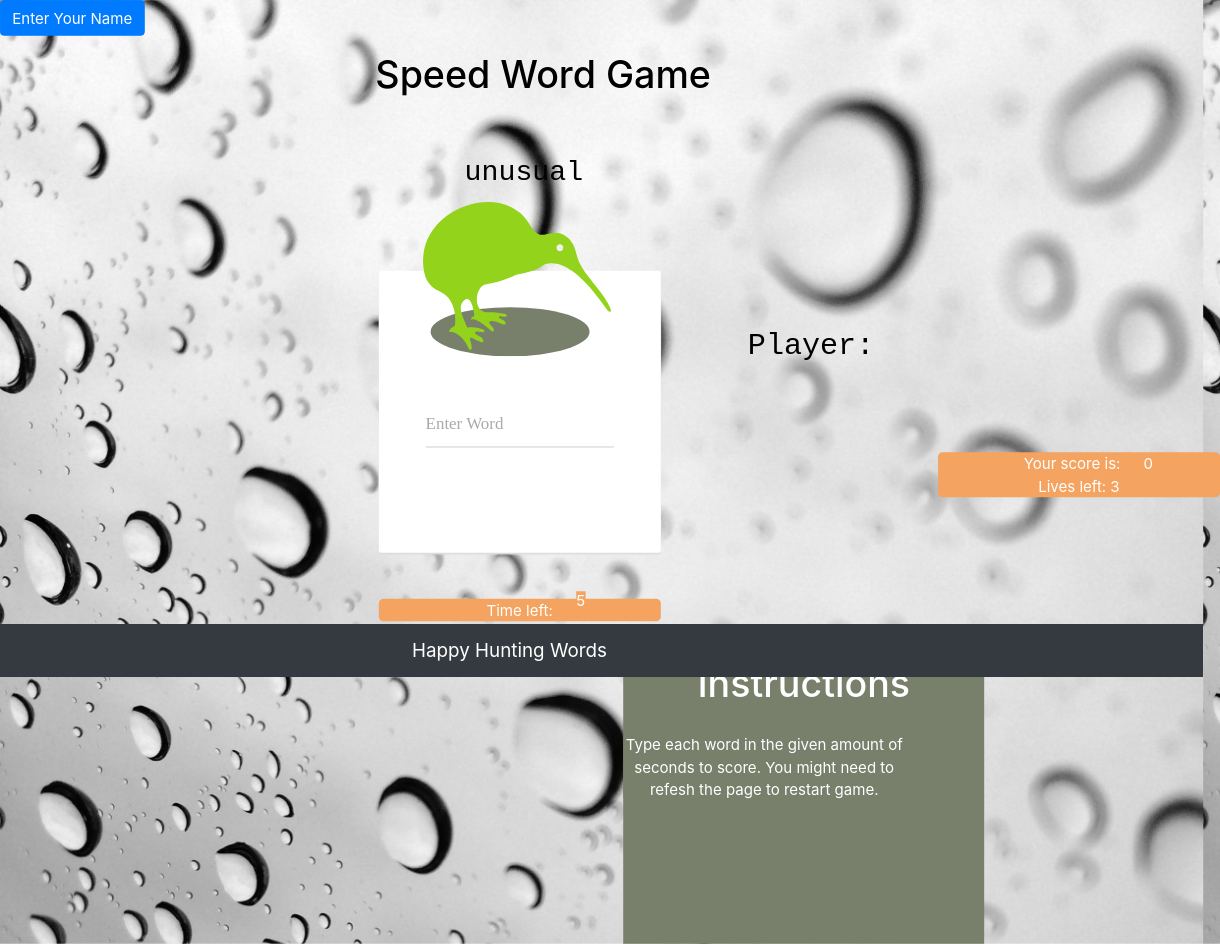
Repository: konstantin0s/word-game-project
Page: index.html
The author's editor kept a copy of each file at every save. The page is drawn from the files as they stood at one save, then again after the next save.
The browser window is 1280 px wide. The page is 1298 px wide, so the pictures cover 1298 px, including what lies to the right of the window. The pictures show the whole page, at 94% of full size.
Backgrounds fixed to the window are drawn as part of the page. Some web libraries are served in a nearby version.

Above is the page before, as saved 2019-02-12 15:14:36.
Console error: ReferenceError: loadSound is not defined

### index.html
<!DOCTYPE html>
<html lang="en">

<head>

  <meta charset="utf-8">
  <meta name="viewport" content="width=device-width, initial-scale=1, shrink-to-fit=no">
  <meta name="description" content="">
  <meta name="author" content="">

  <title>Speed Word Game</title>
  <!-- <link rel="stylesheet" href="https://maxcdn.bootstrapcdn.com/bootstrap/3.4.0/css/bootstrap.min.css"> -->
  <script src="https://ajax.googleapis.com/ajax/libs/jquery/3.3.1/jquery.min.js"></script>
  <script src="https://maxcdn.bootstrapcdn.com/bootstrap/3.4.0/js/bootstrap.min.js"></script>
  <script src="https://cdnjs.cloudflare.com/ajax/libs/p5.js/0.7.3/p5.js"></script>
  <!-- Bootstrap core CSS -->
  <link href="vendor/bootstrap/css/bootstrap.min.css" rel="stylesheet">

  <!-- Custom styles for this template -->
  <link href="css/the-big-picture.css" rel="stylesheet">
  <link rel="stylesheet" href="css/style.css">

</head>

<body>

  <!-- Navigation -->
  <nav class="navbar navbar-expand-lg navbar-dark bg-dark fixed-bottom">
    <div class="container">
      <a class="navbar-brand" href="#">Happy Hunting Words</a>
      <button class="navbar-toggler" type="button" data-toggle="collapse" data-target="#navbarResponsive" aria-controls="navbarResponsive" aria-expanded="false" aria-label="Toggle navigation">
        <span class="navbar-toggler-icon"></span>
      </button>
      <div class="collapse navbar-collapse" id="navbarResponsive">
      </div>
    </div>
  </nav>



<!-- Button trigger modal -->
<button type="button" id="clearPlayer" class="btn btn-primary" data-toggle="modal" data-target="#exampleModalCenter">
    Enter Your Name
  </button>

  <!-- Modal -->
  <div class="modal fade" id="exampleModalCenter" tabindex="-1" role="dialog" aria-labelledby="exampleModalCenterTitle" aria-hidden="true">
    <div class="modal-dialog modal-dialog-centered" role="document">
      <div class="modal-content">
        <div class="modal-header">
          <h5 class="modal-title" id="exampleModalLongTitle">Player Name</h5>
          <button type="button" class="close" data-dismiss="modal" aria-label="Close">
            <span aria-hidden="true">&times;</span>
          </button>
        </div>
        <div class="modal-body">
            <h3 id="playerN">Enter Your Name</h3>
            <input id="name" onchange="say_hi()">
        </div>
      </div>
    </div>
  </div>

<h2 id="user">
  Player:
</h2>
<!--
<div class="newP">
    <h3 id="playerN">Enter Your Name</h3>
    <input id="name" onchange="say_hi()">
</div> -->


<div id="output"></div>

  <!-- Page Content -->
  <section>
    <div class="container">
      <div class="row">
        <div class="col-lg-6">
          <h1 class="mt-5">Speed Word Game</h1>
          <div id="wordsDisplay">

          </div>
          <div id="time">
           <p>Time left:</p> <span id="timeLeft"></span>
          </div>
          <div id="userDetails">
             Your score is: <span id="score">0</span><br>
             Lives left: <span id="lives">3</span>
          </div>
          <div class="wrapper">
            <input class="input" id="inputWord" onchange="compareGuess()" placeholder="Enter Word" type="text" >
            <span class="underline"></span>
        </div>
        </div>
      </div>
    </div>
  </section>

    <audio id="myTune">
      <!-- <source src="sounds/0283.ogg"> -->
      <!-- <source src="WhiteChristmas.ogg"> -->
    </audio>

   <p id="messageP"></p>
  <svg version="1.1" id="Layer_1" xmlns="http://www.w3.org/2000/svg" xmlns:xlink="http://www.w3.org/1999/xlink" x="0px" y="0px"
  width="612px" height="502.174px" viewBox="0 65.326 612 502.174" enable-background="new 0 65.326 612 502.174"
  xml:space="preserve" class="logo">

<ellipse class="ground" cx="283.5" cy="487.5" rx="259" ry="80"/>
<path class="kiwi" d="M210.333,65.331C104.367,66.105-12.349,150.637,1.056,276.449c4.303,40.393,18.533,63.704,52.171,79.03
 c36.307,16.544,57.022,54.556,50.406,112.954c-9.935,4.88-17.405,11.031-19.132,20.015c7.531-0.17,14.943-0.312,22.59,4.341
 c20.333,12.375,31.296,27.363,42.979,51.72c1.714,3.572,8.192,2.849,8.312-3.078c0.17-8.467-1.856-17.454-5.226-26.933
 c-2.955-8.313,3.059-7.985,6.917-6.106c6.399,3.115,16.334,9.43,30.39,13.098c5.392,1.407,5.995-3.877,5.224-6.991
 c-1.864-7.522-11.009-10.862-24.519-19.229c-4.82-2.984-0.927-9.736,5.168-8.351l20.234,2.415c3.359,0.763,4.555-6.114,0.882-7.875
 c-14.198-6.804-28.897-10.098-53.864-7.799c-11.617-29.265-29.811-61.617-15.674-81.681c12.639-17.938,31.216-20.74,39.147,43.489
 c-5.002,3.107-11.215,5.031-11.332,13.024c7.201-2.845,11.207-1.399,14.791,0c17.912,6.998,35.462,21.826,52.982,37.309
 c3.739,3.303,8.413-1.718,6.991-6.034c-2.138-6.494-8.053-10.659-14.791-20.016c-3.239-4.495,5.03-7.045,10.886-6.876
 c13.849,0.396,22.886,8.268,35.177,11.218c4.483,1.076,9.741-1.964,6.917-6.917c-3.472-6.085-13.015-9.124-19.18-13.413
 c-4.357-3.029-3.025-7.132,2.697-6.602c3.905,0.361,8.478,2.271,13.908,1.767c9.946-0.925,7.717-7.169-0.883-9.566
 c-19.036-5.304-39.891-6.311-61.665-5.225c-43.837-8.358-31.554-84.887,0-90.363c29.571-5.132,62.966-13.339,99.928-32.156
 c32.668-5.429,64.835-12.446,92.939-33.85c48.106-14.469,111.903,16.113,204.241,149.695c3.926,5.681,15.819,9.94,9.524-6.351
 c-15.893-41.125-68.176-93.328-92.13-132.085c-24.581-39.774-14.34-61.243-39.957-91.247
 c-21.326-24.978-47.502-25.803-77.339-17.365c-23.461,6.634-39.234-7.117-52.98-31.273C318.42,87.525,265.838,64.927,210.333,65.331
 z M445.731,203.01c6.12,0,11.112,4.919,11.112,11.038c0,6.119-4.994,11.111-11.112,11.111s-11.038-4.994-11.038-11.111
 C434.693,207.929,439.613,203.01,445.731,203.01z"/>
<filter id="pictureFilter" >
 <feGaussianBlur stdDeviation="15" />
</filter>
</svg>


<div class="instructions">
  <h1>Instructions</h1>
  <p>Type each word in the given amount of seconds to score.
    You might need to refesh the page to restart game.
  </p>
</div>

  <!-- Bootstrap core JavaScript -->
  <script src="vendor/jquery/jquery.min.js"></script>
  <script src="vendor/bootstrap/js/bootstrap.bundle.min.js"></script>
  <script src="js/main.js"></script>

</body>

</html>

### css/the-big-picture.css
/*!
 * Start Bootstrap - The Big Picture (https://startbootstrap.com/template-overviews/the-big-picture)
 * Copyright 2013-2019 Start Bootstrap
 * Licensed under MIT (https://github.com/BlackrockDigital/startbootstrap-the-big-picture/blob/master/LICENSE)
 */
body {
  background: url('../img/drop.jpg') no-repeat center center fixed;
  -webkit-background-size: cover;
  -moz-background-size: cover;
  background-size: cover;
  -o-background-size: cover;
}

### css/style.css
body {
  margin: 0;
  padding: 0;
  z-index: 40;
  overflow-x: hidden;
}

.container {
  display: flex;
  flex-direction: column;
  justify-content: center;

}
.mt-5 {
  color: black;
  text-align: center;
  position: relative;
  top: -30px;
  left: 290px;
}
.wrapper {
  background-color: #FFF;
  border-radius: 2px;
  box-shadow: 0px 2px 1px 0px #DDD;
  box-sizing: border-box;
  height: 300px;
  left: 550px;
  margin: -150px 0 0 -150px;
  position: absolute;
  top: 400px;
  width: 300px;

}

.input {
  background-color: transparent;
  border: none;
  border-bottom: 1px solid #CCC;
  color: #555;
  box-sizing: border-box;
  font-family: 'Arvo';
  font-size: 18px;
  height: 50px;
  left: 50%;
  margin: -25px 0 0 -100px;
  padding: 10px 0px;
  position: relative;
  top: 50%;
  width: 200px;

  &:focus {
    outline: none;
  }
}

input::-webkit-input-placeholder {
  color: #AAA;
}

input:focus::-webkit-input-placeholder {
  color: dodgerblue;
}

.input:focus+.underline {
  transform: scale(1);
}

.underline {
  background-color: dodgerblue;
  display: inline-block;
  height: 2px;
  left: 50px;
  margin-top: -4px;
  position: absolute;
  top: 185px;
  -webkit-transform: scale(0, 1);
  transform: scale(0, 1);
  -webkit-transition: all 0.5s linear;
  transition: all 0.5s linear;
  width: 202px;
}


font {
  color: white;
}

#wordsDisplay {
  position: relative;
  top: 20px;
  left: 387px;
  color: black;
  font-family: 'Courier New', Courier, monospace;
  font-size: 30px;
  width: 305px;
  text-align: center;
}
#userDetails {
  position: relative;
  top: 230px;
 float: right;
 /* left: 500px; */
 left: 740px;
  color: white;
  background-color: sandybrown;
  width: 300px;
  text-align: center;
  border-radius: 5px;
}

#score {
  position: relative;
  top: 0px;
  left: 20px;
  color: white;
  background-color: sandybrown;
}

#time {
  text-align: center;
}

 p {
  position: relative;
  top: 450px;
  left: 385px;
  color: white;
  background-color: sandybrown;
  width: 300px;
  border-radius: 5px;
 }

#timeLeft {
  position: relative;
  top: 400px;
  left: 330px;
  color: white;
  background-color: sandybrown;g
}

b {
  color: black;
  text-transform: capitalize;;
}

#user {
  position: relative;
  top: 350px;
  right: 350px;
  float: right;
  color: black;
  font: 33px;
  font-family: 'Courier New', Courier, monospace;
}

#output {
  position: relative;
  color: black;
  float: right;
  right: 250px;
  font-size:28px;
  top: 410px;
}

#playerN {
  color: black;
}

.newP {
  position: relative;
  left: 40px;
  top: 120px;
}

.navbar-brand {
  position: relative;
  left: -90px;
}


@import "compass/css3";

.logo {
  position: relative;
  width: 200px;
  height: 164px;
  left: 450px;
  top: -100px;
}

.kiwi {
  fill: #94d31b;

}
.kiwi:hover {
  fill: #ace63c;
}

.ground {
  fill: #787f6a;
}
.ground:hover {
  filter: url(#pictureFilter);
  fill: #896d3d;
}

#messageP {
  position: relative;
  top: -50px;
  width: 100px;
  left: 500px;
}

.instructions {
  background-color: #787f6a;
  width: 30%;
  height: 300px;
  color: white;
  position: relative;
  left: 658px;
  top: 220px;
  margin: 5px;
  text-align: center;
}

.instructions p {
  background-color: #787f6a;
  position: relative;
  left: 0px;
  top: 20px;
  text-align: center;
}

### js/main.js
function say_hi() {
  var name = document.getElementById('name').value;
  var html = '<b>' + name + '</b> ';
 document.getElementById('output').innerHTML = html;
}

function clearPlayer() {
  document.getElementById("name").value = "";
  var input = document.getElementById("name");
  input.style.visibility = "hidden";
  var playerN = document.getElementById("playerN");
  playerN.style.visibility = "hidden";
  var clearPlayer = document.getElementById("clearPlayer");
  clearPlayer.style.visibility = "hidden";
  var exampleModalCenter = document.getElementById("exampleModalCenter");
  exampleModalCenter.style.visibility = "none";
}

  (function() {
    setInterval(function(){
      clearPlayer();
    }, 10000);
}());

// document.getElementById('say').addEventListener('click', say_hi);

// {
//   var name = prompt ('Your name','');
//   if (name != null) {
//     document.write("<CENTER><FONT FACE=ARIAdL,VERDANA COLOR="+" SIZE=5>Welcome To Word Game, "+name+".</FONT><HR NOSHADE WIDTH=450></CENTER><P>")
//   } else {
//     document.write("<CENTER><FONT FACE=ARIAdL,VERDANA COLOR="+" SIZE=5>Welcome, Guest "+name+".</FONT><HR NOSHADE WIDTH=450></CENTER><P>")
//   }

//   }

  //words array


  //random function
  // function newWord() {
  //   var randomNum = Math.floor(Math.random() * words.length);
  //   document.getElementById('wordsDisplay').innerHTML = words[randomNum];
  //   console.log(randomNum);
  // }


function cancelLevel1() {
  if (score == 10) {
  }
  return;
}

  var wordGeneratorLevel1 = function() {
    setInterval(function(){
      generate();
    }, 5000);
    timer();
    cancelLevel1();
  }

  function wordGeneratorLevel2() {
    setInterval(function(){
      generateLevel2()
    }, 5000);
    timer();
}

  var wordsLevel1 = [
    "clever", "amongst", "implementing", "intelectual", "sensual", "amazing", "beautify", "project", "tall",
"curl", "rate", "busy", "unusual", "extend", "exclusive", "ray", "shy", "wasteful", "unbecoming", "fallacious",
"toothbrush", "bounce"
     ];

     var wordsLevel2 = [
      "jackhammer",
     "brightwork", "verkrampte", "protectrix", "nudibranch", "grandchild", "newfangled", "flugelhorn", "mythologer",
     "pluperfect", "jellygraph", "quickthorn", "rottweiler", "technician", "cowpuncher", "middlebrow",
     "jackhammer", "triphthong", "wunderkind", "dazzlement", "jabberwock", "witchcraft","pawnbroker", "thumbprint", "motorcycle"
       ];

       const levels = [3, 5, 7];

  var randomDiv = document.getElementById("wordsDisplay");
  var addScore = document.getElementById("score");
  var freshLives = document.getElementById("lives");
  var timeLeft = document.getElementById("timeLeft");
  var svgLogo = document.getElementById("Layer_1");
   var messagePlayer = document.getElementById("messageP");
  var randomIndex;
  var mySound = document.getElementById("myTune");
  var myMusic;
  var newText;
  var score = 0;
  var lives = 3;
  var seconds = 5;


  function flashLogo() {
    var interval = window.setInterval(function(){
      if(svgLogo.display == 'hidden'){
        svgLogo.style.visibility = 'visible';
      }else{
        svgLogo.style.visibility = 'hidden';
      }
  }, 1000); //the 1000 here is milliseconds and determines how often the interval should be run.
  }

var timer = function() {
  setInterval(function(){
    seconds--;
    timeLeft.innerHTML = seconds;
    if (seconds == 0) {
      seconds = 5;
      timeLeft.innerHTML = seconds;
    }
}, 1000);
}

  function generate() {
   randomIndex = Math.ceil((Math.random() * wordsLevel1.length - 1));
   newText = wordsLevel1[randomIndex];
   randomDiv.innerHTML = newText;

  }

  function generateLevel2() {
    randomIndex = Math.ceil((Math.random() * wordsLevel2.length - 1));
    newText = wordsLevel2[randomIndex];
    randomDiv.innerHTML = newText;
   }

   var song;

   function setup() {
     song = loadSound('assets/lucky_dragons_-_power_melody.mp3');
     createCanvas(720, 200);
     background(255,0,0);
   }


function mousePressed() {
  if ( song.isPlaying() ) { // .isPlaying() returns a boolean
    song.stop();
    background(255,0,0);
  } else {
    song.play();
    background(0,255,0);
  }
}

  function compareGuess() {
    var flag = false;
    var searchWord = document.getElementById("inputWord").value;
    var wordName = document.getElementById("wordsDisplay");

         if (searchWord == wordName.innerHTML) {
          wordName.style.height = "40px";
           wordName.style.backgroundColor = "yellow";
           score++;
           addScore.textContent = score;
           if (score == 10) {
            sound.play();
            flashLogo();
            messagePlayer.innerHTML = "I'm Outta Here :)";
           }
           clearInterval(timer);
           setInterval(function(){
            wordName.style.backgroundColor = "";
          }, 1500);
          resetInput();
             flag = true;
         } else {
           wordName.style.backgroundColor = "";
         }

         if(flag == false) {
          lives--;
          freshLives.innerHTML = lives;
          resetInput();
      } if (lives == 0) {
        alert("Game Over");
        score = 0;
        addScore.textContent = "0"
        resetInput();
        lives = 3;
        freshLives.innerHTML = lives;
      }
     }


 function resetInput() {
  document.getElementById("inputWord").value = "";
  }


  function init() {
    wordGeneratorLevel1();

   }


 window.onload = init;


 //level 2?
//  if (score > 10) {
//   wordGeneratorLevel2();
//   }

Loaded but not shown: vendor/bootstrap/css/bootstrap.min.css (library); vendor/jquery/jquery.min.js (library); vendor/bootstrap/js/bootstrap.bundle.min.js (library)

After the next save:
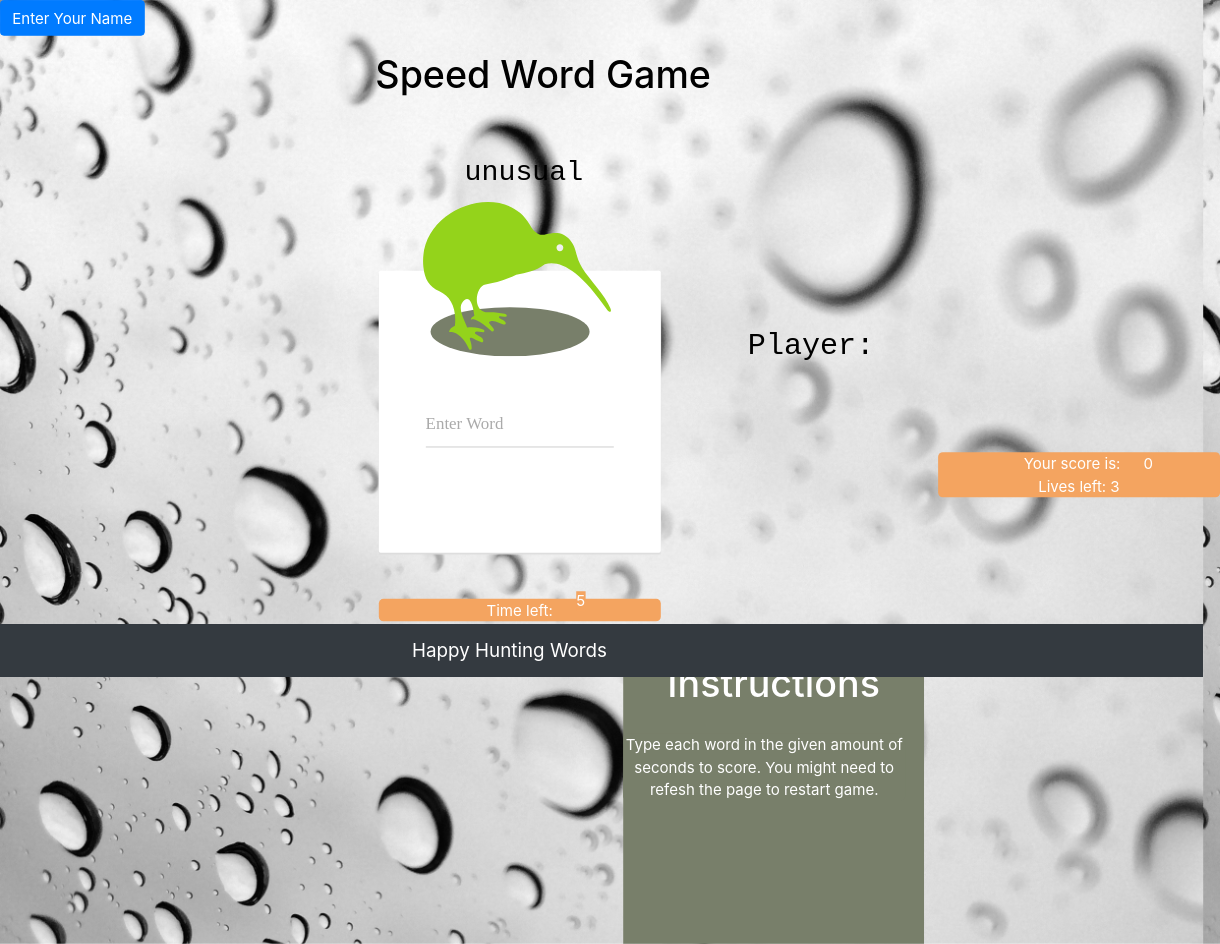
Saved 8 s later.
--- a/css/style.css
+++ b/css/style.css
@@ -213,7 +213,7 @@ b {
 
 .instructions {
   background-color: #787f6a;
-  width: 30%;
+  width: 25%;
   height: 300px;
   color: white;
   position: relative;
